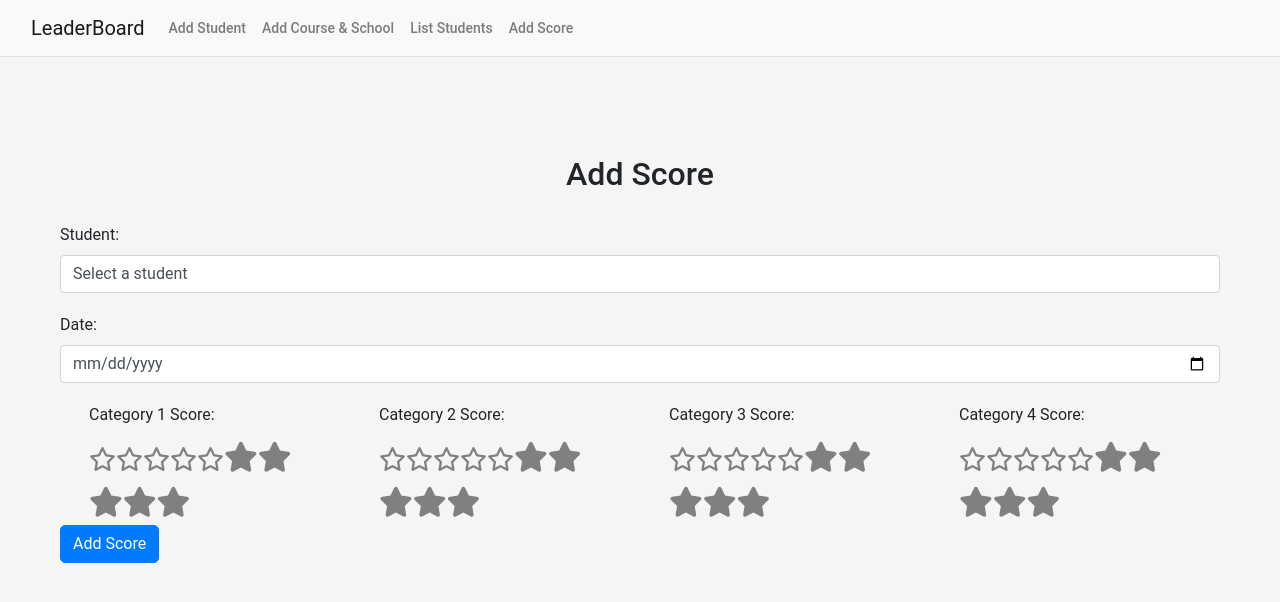
Repository: bigbodhiacademy/gBoard
Page: http://localhost/add_score.php
These files come from the project's save history. The page is drawn as it stood at one moment and after the next save; the edit follows.
The browser window is 1280 px wide. The pictures show the whole page.
Some web libraries are served in a nearby version. The page is run by PHP 8.4 with error messages shown; the project is at /var/www/html/. The database holds what the project's SQL file puts in it.

Above is the page before, as saved 2023-04-20 21:40:47.
Not found: scripts.js

After the next save:
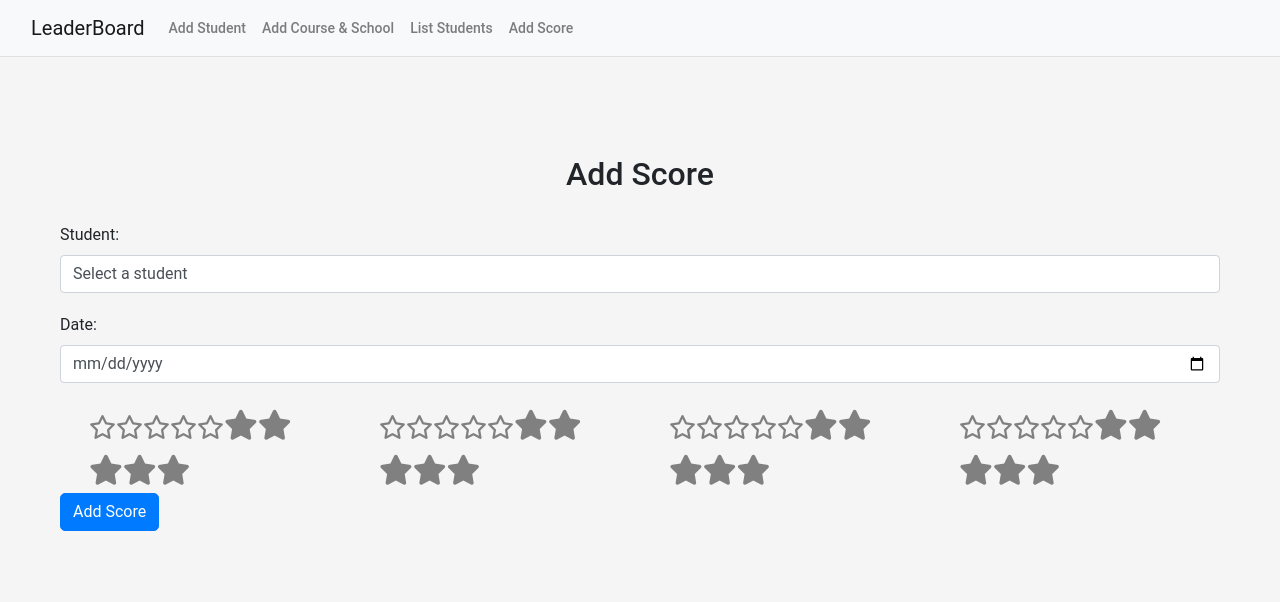
Saved 86 s later.
--- a/add_score.php
+++ b/add_score.php
@@ -57,7 +57,7 @@
             <?php
             for ($i = 1; $i <= 4; $i++) {
                 echo '<div class="category">';
-                echo "<label for='score{$i}'>Category {$i} Score:</label>";
+                //echo "<label for='score{$i}'>Category {$i} Score:</label>";
                 echo '<div class="stars">';
                 for ($j = 5; $j >= 1; $j--) {
                     echo "<input type='radio' name='score{$i}' value='{$j}' id='score{$i}-{$j}'>";

After the save that followed:
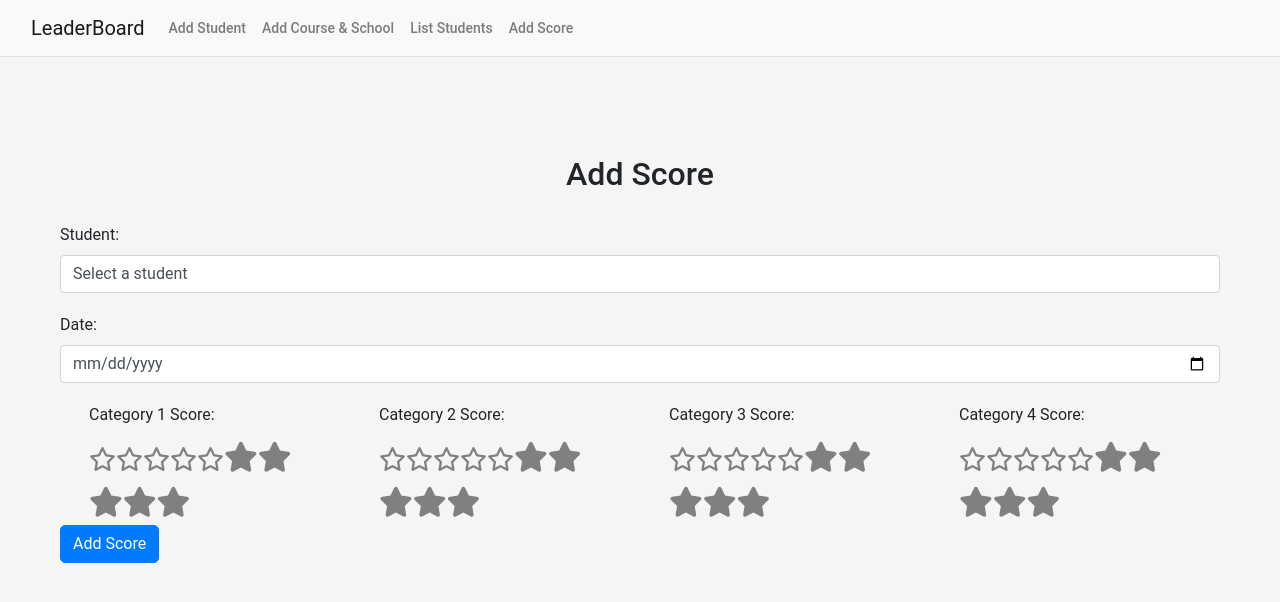
Saved 7 s later.
--- a/add_score.php
+++ b/add_score.php
@@ -57,7 +57,7 @@
             <?php
             for ($i = 1; $i <= 4; $i++) {
                 echo '<div class="category">';
-                //echo "<label for='score{$i}'>Category {$i} Score:</label>";
+                echo "<label for='score{$i}'>Category {$i} Score:</label>";
                 echo '<div class="stars">';
                 for ($j = 5; $j >= 1; $j--) {
                     echo "<input type='radio' name='score{$i}' value='{$j}' id='score{$i}-{$j}'>";
